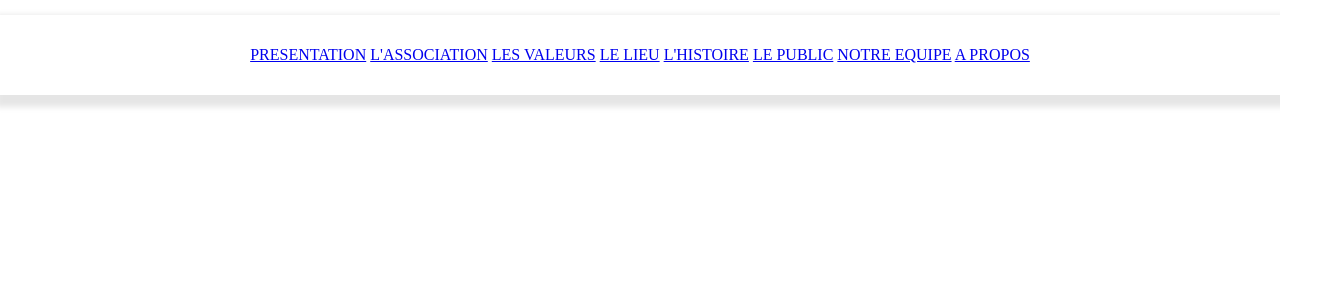
Repository: assanendao171/projet-teranga
Page: presentation.html
The author's editor kept a copy of each file at every save. The page is drawn from the files as they stood at one save, then again after a run of saves.
The browser window is 1280 px wide. The page is 1280 px wide, then 1320 px, then 1280 px, so the pictures cover 1320 px, including what lies to the right of the window. The pictures show the whole page.

Above is the page before, as saved 2026-02-11 11:29:40.

After the next 2 saves:
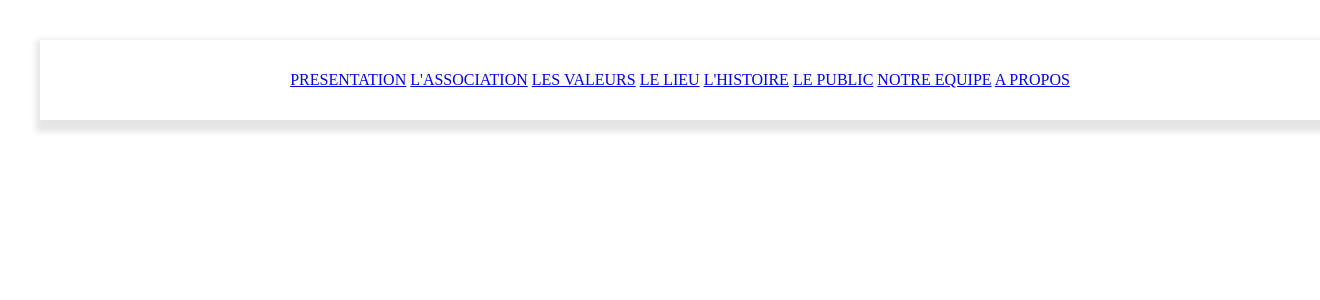
The 2 saves are shown as one change because they came seconds apart.
The last was saved 10 s later.
--- a/presentation.css
+++ b/presentation.css
@@ -9,10 +9,11 @@ box-shadow: 2px 6px 6px 6px rgba(0, 0, 0, 0.1);
 display: flex;
 align-items: center;
 justify-content: center;
+ margin: 40px;
 }
 .btn-nav{
     display: flex;
     flex-direction: row;
     align-items: center;
-    margin: 40px;
+
 }

After the 2 saves that followed:
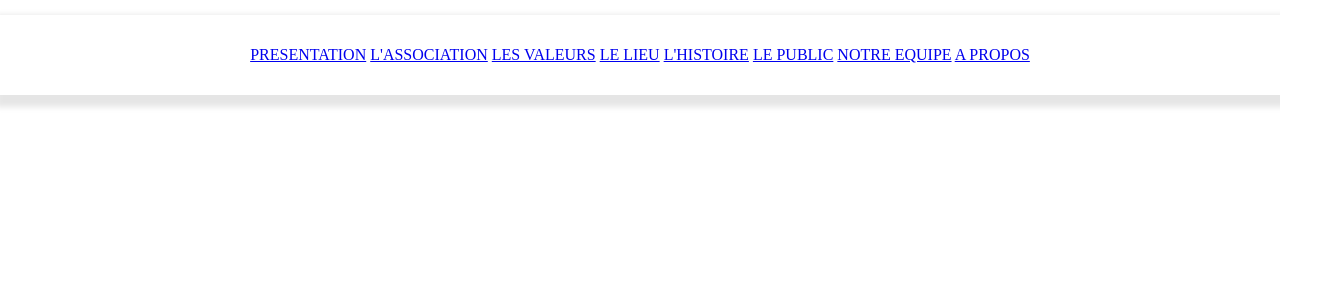
The 2 saves are shown as one change because they came seconds apart.
The last was saved 6 s later.
--- a/presentation.css
+++ b/presentation.css
@@ -9,11 +9,10 @@ box-shadow: 2px 6px 6px 6px rgba(0, 0, 0, 0.1);
 display: flex;
 align-items: center;
 justify-content: center;
- margin: 40px;
 }
 .btn-nav{
     display: flex;
     flex-direction: row;
     align-items: center;
-
+    margin: 40px;
 }
